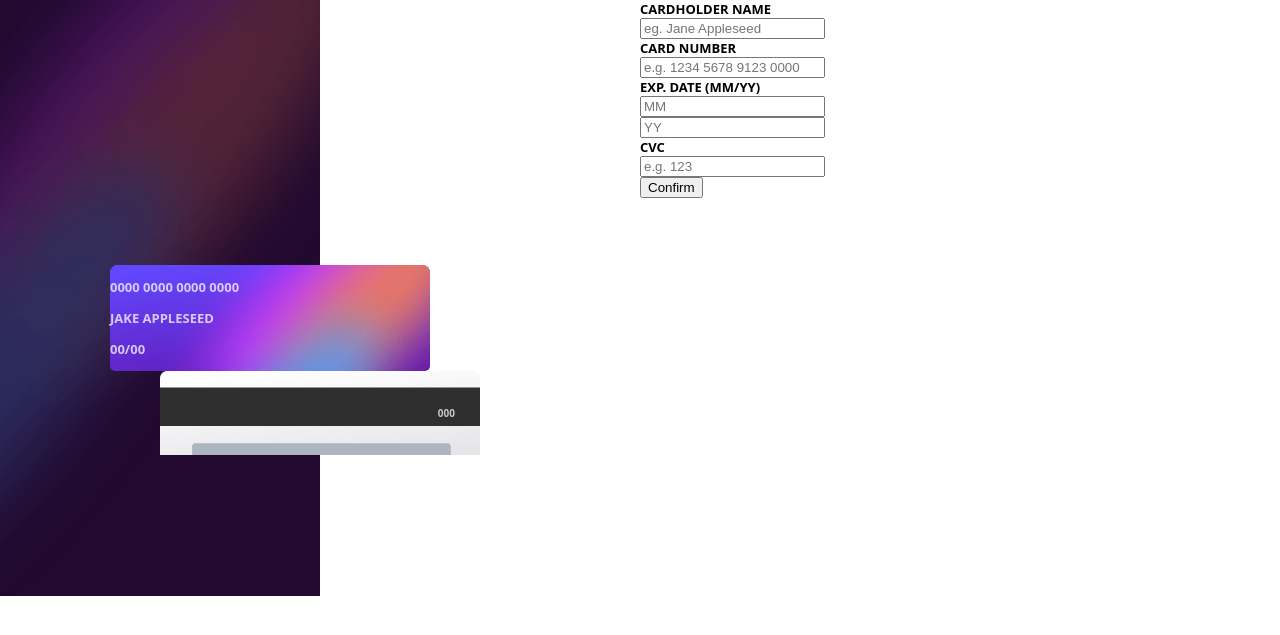
Repository: Celebration-cloud/my-project
Page: interactive-card-details-form-main/index.html
The author's editor kept a copy of each file at every save. The page is drawn from the files as they stood at one save, then again after the next save.
The browser window is 1280 px wide. The pictures show the whole page.

Above is the page before, as saved 2023-08-22 18:56:01.

### interactive-card-details-form-main/index.html
<!DOCTYPE html>
<html lang="en">
<head>
  <meta charset="UTF-8">
  <meta name="viewport" content="width=device-width, initial-scale=1.0"> <!-- displays site properly based on user's device -->

  <link rel="icon" type="image/png" sizes="32x32" href="./images/favicon-32x32.png">
  <link rel="stylesheet" href="index.css">

  <title>Frontend Mentor | Interactive card details form</title>

  <!-- Feel free to remove these styles or customise in your own stylesheet 👍 -->
  <style>
    .attribution { font-size: 11px; text-align: center; }
    .attribution a { color: hsl(228, 45%, 44%); }
  </style>
</head>
<body>
  <div class="container">
    <section id="section-a" class="section-a">
      <div id="card">
        <div id="profile"></div><span id="detail"></span>
        <p id="card-number">0000 0000 0000 0000</p>
        <p id="card-name">JAKE APPLESEED</p>
        <p id="exp-date">00/00</p>
      </div>
      <div id="card-back">
        <p id="cvc-digit">000</p>
      </div>

    </section>
    <!-- Add your site or application content here -->
    <!-- Card Details Form Section-->
    <section id="section-b" class="section-b">
      <form action="">
        <label for="name" id="cardholder-numeber-label">CARDHOLDER NAME</label><br/>
        <input name="name" id="cardholder-numeber-input" aria-required="false" placeholder="eg. Jane Appleseed" required/><br/>
        <label for="card-number" id="card-number-label">CARD NUMBER</label><br/>
        <input name="card-number" id="card-number-input" type="tel" aria-required="false" placeholder="e.g. 1234 5678 9123 0000" required/><br/>
        <label for="expire-date" id="expire-date-label">EXP. DATE (MM/YY)</label><br/>
        <input name="expire-date" id="expire-date" type="tel" aria-required="false" placeholder="MM" required/><br/>
        <input name="expire-date" id="expire-date2" type="tel" aria-required="false" placeholder="YY" required/><br/>
        <label for="cvc" id="cvc-label">CVC</label><br/>
        <input name="cvc" aria-required="false" id="cvc" type="tel" placeholder="e.g. 123" required/><br/>
        <button type="submit">Confirm</button>
      </form>

    </section>
  </div>

  <!-- 0000 0000 0000 0000
  00/00

  000

  Cardholder Name
  e.g. Jane Appleseed

  Card Number
  e.g. 1234 5678 9123 0000

  Exp. Date (MM/YY)
  MM
  YY

  CVC
  e.g. 123

  Confirm -->

  <!-- Completed state start -->

  <!-- Thank you!
  We've added your card details
  Continue -->

  <!-- <div class="attribution">
    Challenge by <a href="https://www.frontendmentor.io?ref=challenge" target="_blank">Frontend Mentor</a>.
    Coded by <a href="#">Your Name Here</a>.
  </div> -->
</body>
</html>

### interactive-card-details-form-main/index.css
body{
    font-family: system-ui, -apple-system, BlinkMacSystemFont, 'Segoe UI', Roboto, Oxygen, Ubuntu, Cantarell, 'Open Sans', 'Helvetica Neue', sans-serif;
    font-weight: bolder;
    font-size: small;
    margin: 0;
    padding: 0;
}
.container{
    display: flex;
}
#section-a{
    background-image: url(images/bg-main-desktop.png);
    background-size: 50%;
    background-repeat: no-repeat;
    width: 50%;
    height: 100vh;
    display: flex;
    flex-direction: column;
    justify-content: center;
}
#card{
    color: rgba(255, 255, 255, 0.737);
    background-image: url(images/bg-card-front.png);
    width: 50%;
    background-size: cover;
    border-radius: 5px;
    align-self: center;
    margin-right: 100px;
}
#card-back{
    background-image: url(images/bg-card-back.png);
    background-size: cover;
    width: 50%;

    align-self: center;
}
#cvc-digit{
    text-align: right !important ;
    padding: 25px;
    margin-left: 95px;
    color: rgba(255, 255, 255, 0.737);
    font-size: 10px;
}

After the next save:
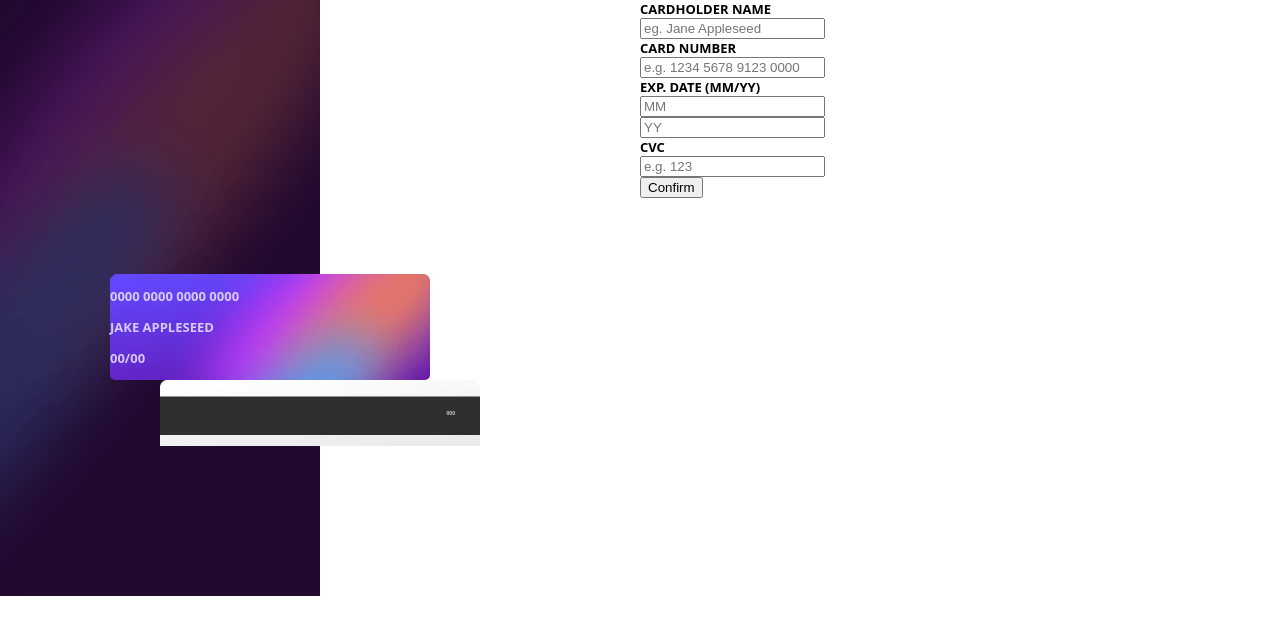
Saved 12 s later.
--- a/interactive-card-details-form-main/index.css
+++ b/interactive-card-details-form-main/index.css
@@ -39,5 +39,5 @@ body{
     padding: 25px;
     margin-left: 95px;
     color: rgba(255, 255, 255, 0.737);
-    font-size: 10px;
+    font-size: 5px;
 }
